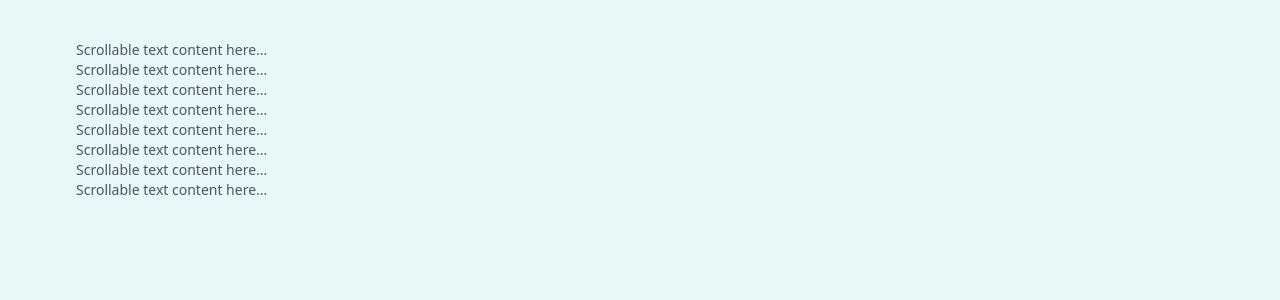
Repository: trusha97/postpilot
Page: scroll.html
These files come from the project's save history. The page is drawn as it stood at one moment and after the next save; the edit follows.
The browser window is 1280 px wide. The pictures show the whole page.
Some web libraries are served in a nearby version.

Above is the page before, as saved 2025-05-19 10:31:10.

After the next save:
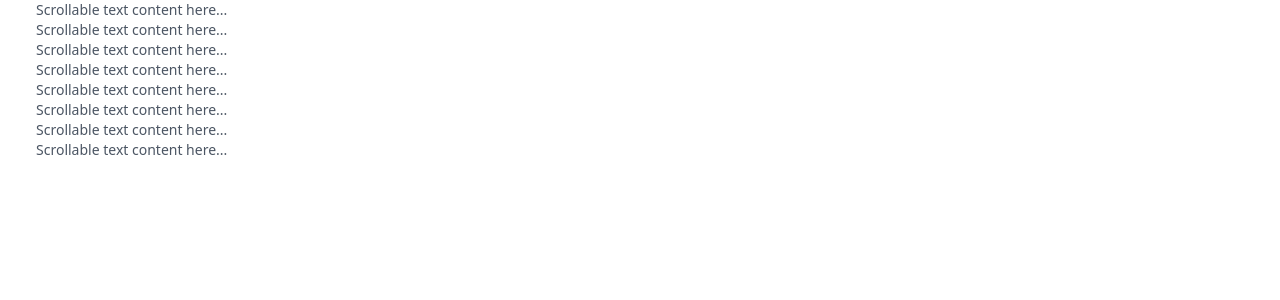
Saved 13 s later.
--- a/scroll.html
+++ b/scroll.html
@@ -29,7 +29,7 @@
     }
   </style>
 </head>
-<body class="bg-[#e8f8f8] p-10">
+<body>
 
   <div class="flex space-x-4 h-40">
     <div class="overflow-y-auto h-full flex w-full left-scroll ">
